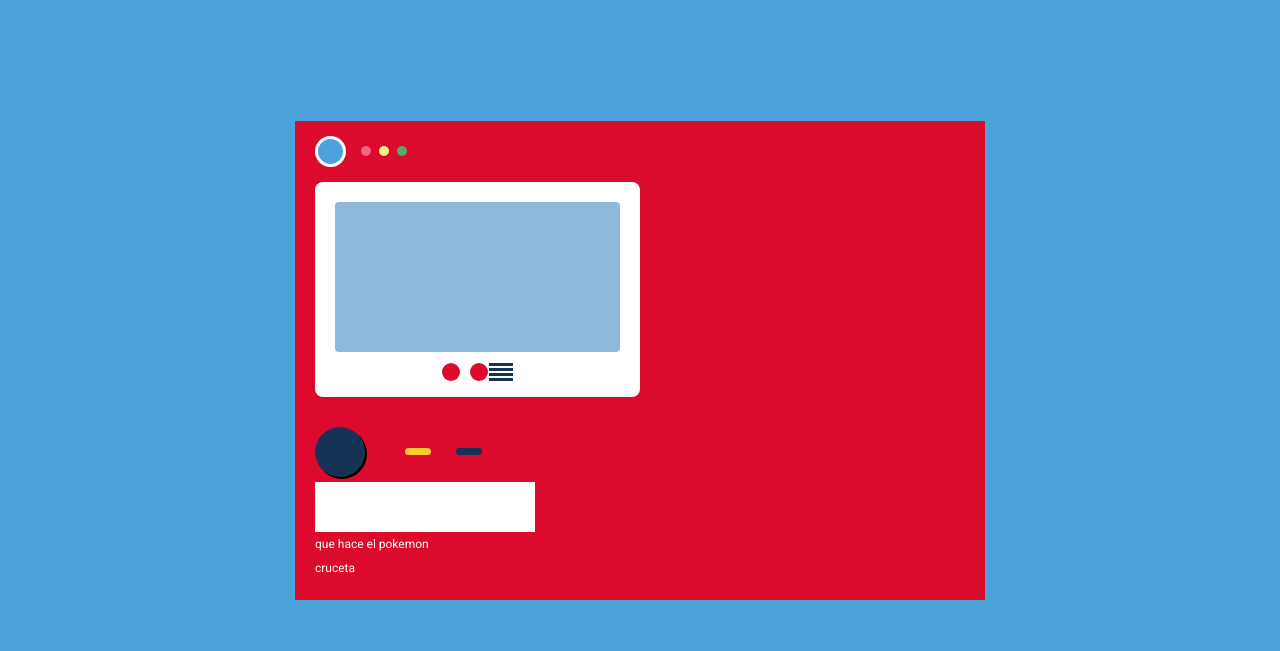
Repository: darkmantiz2/pokedex
Page: index.html
These files come from the project's save history. The page is drawn as it stood at one moment and after the next save; the edit follows.
The browser window is 1280 px wide. The pictures show the whole page.

Above is the page before, as saved 2022-01-25 14:32:48.

### index.html
<!DOCTYPE html>
<html lang="en">
  <head>
    <meta charset="UTF-8" />
    <meta http-equiv="X-UA-Compatible" content="IE=edge" />
    <meta name="viewport" content="width=device-width, initial-scale=1.0" />
    <link
      href="https://fonts.googleapis.com/css2?family=Roboto&display=swap"
      rel="stylesheet"
    />
    <link rel="stylesheet" href="./css/index.css" />
    <title>Pokedex</title>
  </head>
  <body>
    <div class="container">
      <section class="pokedex">
        <div class="pokedex-info">
          <div class="pokedex-cam">
            <span class="pokedex-cam-circle-blue"></span>
            <span class="pokedex-cam-circle-red"></span>
            <span class="pokedex-cam-circle-yellow"></span>
            <span class="pokedex-cam-circle-green"></span>
          </div>
          <div class="pokedex-screen">
            <div class="pokedex-screen-pokemon"></div>
            <div class="pokedex-screen-bottom" >
            <div class="pokedex-screen-redpoint1"></div>
            <div class="pokedex-screen-redpoint2"></div>
            <div class="pokedex-screen-lines">
              <span class="pokedex-screen-lines-line"></span>
              <span class="pokedex-screen-lines-line"></span>
              <span class="pokedex-screen-lines-line"></span>
              <span class="pokedex-screen-lines-line"></span>
            </div>
          </div>
          </div>

          <div class="pokedex-buttons">
            <div class="pokedex-buttons-circle"></div>
            <div class="pokedex-buttons-yellow"></div>
            <div class="pokedex-buttons-darkblue"></div>
        </div>
          <div class="container-info">
            <div class="pokedex-pokemon-name">nombre pokemon</div>
            <div class="pokedex-pokemon-description">que hace el pokemon</div>
            <div class="pokedex-select-button">cruceta</div>
          </div>
        </div>
        <div class="pokedex-stats"></div>
      </section>
    </div>
  </body>
</html>

### css/index.css

:root {
  --white: #fffffe;
  --black: #300f16;
  --primary: #dc0a2d;
  --green:#5baa67;
  --red :#f4647d ;
  --yellow-light:#feef8d;
  --secondary: #163355;
  --blue: #4ca3d9;
  --body1: 400 0.75rem/1.5rem Roboto;
  --body3: 400 0.5rem/0.4556451737880707rem Roboto;
  --body2-regular: 400 0.75rem/1.375rem Space Mono;
}

body {
  color: var(--white);
  background-color: var(--blue);
  font: var(--body1);
  margin: 0;

}

.container {
  display: flex;
  justify-content: center;
  align-items: center;
  height: 100vh;
}

.pokedex{
  background-color: var(--primary);
  width: 650px;
  display: flex;
  justify-content: center;
  align-items: center;
  padding: 15px 20px 20px 20px;

}

.pokedex-info {
  width: 50%;
}

.pokedex-stats {
  width: 50%;
}

.pokedex-cam{
  display: flex;
  align-items: center;
  padding-bottom: 15px;
}

.pokedex-cam-circle-blue {
  display: inline-block;
  width: 25px;
  height: 25px;
  border-radius: 50%;
  background: var(--blue);
  border: 3px solid white;
  margin-right: 15px;
}

.pokedex-cam-circle-red{
  display: inline-block;
  width: 10px;
  height: 10px;
  border-radius: 50%;
  background: var(--red);
  margin-right: 8px;
}

.pokedex-cam-circle-yellow{
  display: inline-block;
  width: 10px;
  height: 10px;
  border-radius: 50%;
  background: var(--yellow-light);
  margin-right: 8px;
}

.pokedex-cam-circle-green{
  display: inline-block;
  width: 10px;
  height: 10px;
  border-radius: 50%;
  background: var(--green);
  margin-right: 8px;
}

.pokedex-screen{
  background: white;
  width: 100%;
  height: 215px;
  border-radius: 8px;
  padding: 20px;
  box-sizing: border-box;
}

.pokedex-screen-pokemon {
  background: #8db9dc;
  height: 150px;
  border-radius: 4px;

}

.pokedex-screen-bottom{
  display: flex;
  align-items: center;
  justify-content: center;
  margin-top: 10px;
}

.pokedex-screen-redpoint1{
  display: inline-block;
  width: 18px;
  height: 18px;
  border-radius: 50%;
  background: var(--primary);
}

.pokedex-screen-redpoint2{
  display: inline-block;
  width: 18px;
  height: 18px;
  border-radius: 50%;
  background: var(--primary);
  margin-left: 10px;
}

.pokedex-screen-lines{
  display: inline-grid;
  margin: 0;
  padding:0;
}

.pokedex-screen-lines-line{
  width: 24px;
  height: 3px;
  background: var(--secondary);
  display: inline-block;
  margin: 1px;
  padding: 0;
}

.pokedex-buttons{
  box-sizing: border-box;
  align-items: center;
  display: flex;
  margin-top: 30px;
}

.pokedex-buttons-circle{
  width: 50px;
  height: 50px;
  border-radius: 50%;
  background: var(--secondary);
  margin-right: 40px;
  box-shadow: 2px 2px black;
}

.pokedex-buttons-yellow{
  width: 26px;
  height: 7px;
  border-radius: 4px;
  background: #fdcb2f;
  margin-right: 25px;
}

.pokedex-buttons-darkblue{
  width: 26px;
  height: 7px;
  border-radius: 4px;
  background: var(--secondary);
}

.pokedex-pokemon-name{
  height: 50px;
  width: 220px;
  background-color: var(--white);
  margin-top: 5px;
}

After the next save:
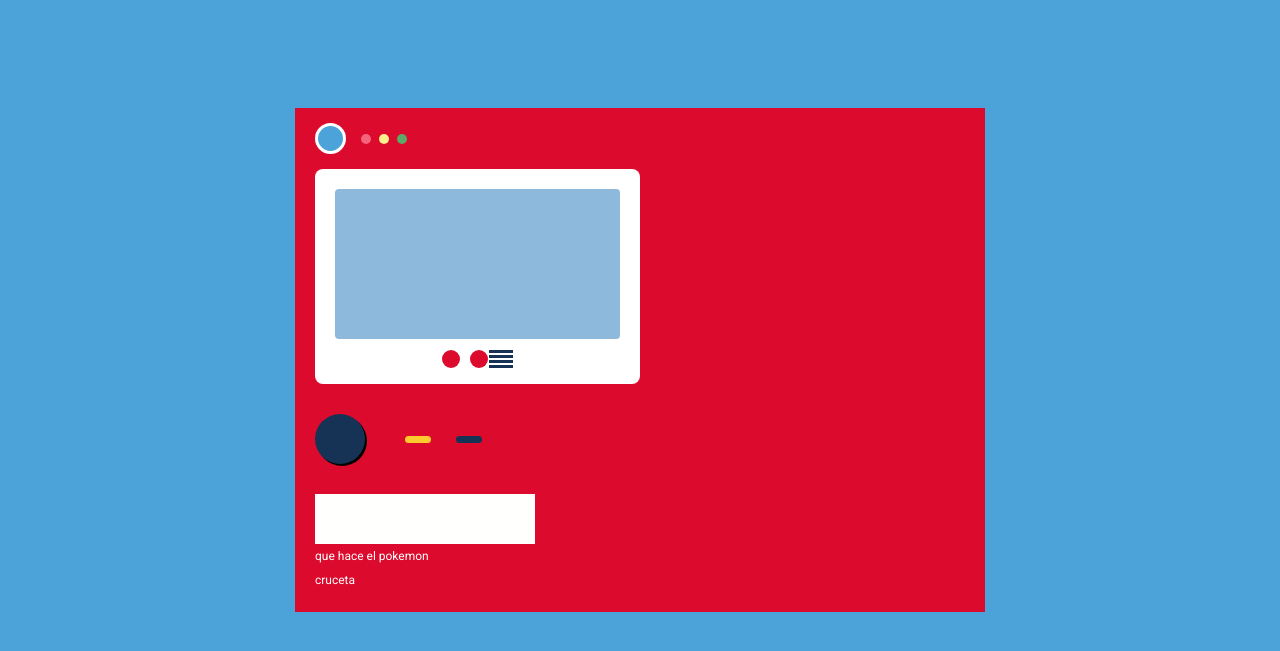
Saved 2 min 4 s later.
--- a/css/index.css
+++ b/css/index.css
@@ -179,5 +179,5 @@
   height: 50px;
   width: 220px;
   background-color: var(--white);
-  margin-top: 5px;
+  margin-top: 30px;
 }
